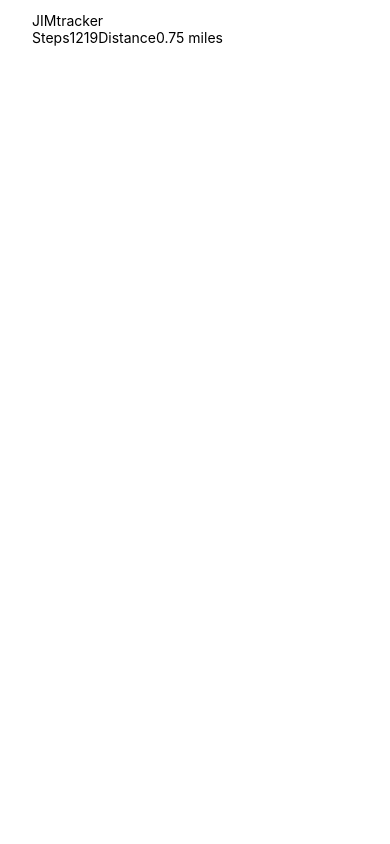
Repository: JamesPesenti/JiMTracker
Screen: /
The author's editor kept a copy of each file at every save. The screen is drawn from the files as they stood at one save, then again after the next save.
The app was drawn by React Native's web renderer in a window 390 px wide. The project was rebuilt for these pictures with package versions that can differ from the ones it lists, and the page was loaded fresh each time.

Above is the screen before, as saved 2023-06-16 10:28:12.

### App.tsx
import { StatusBar } from 'expo-status-bar';
import { StyleSheet, Text, View } from 'react-native';

export default function App() {
  return (
    <View style={styles.container}>
      <Text>JIMtracker</Text>
        <View style={{flex: 1}}>
         <View style={{flexDirection: 'row'}}>
            <Text>Steps</Text>
            <Text>1219</Text>

            <Text>Distance</Text>
            <Text>0.75 miles</Text>
         </View>
        </View>

      <StatusBar style="auto" />
    </View>
  );
}

const styles = StyleSheet.create({
  container: {
    flex: 1,
    backgroundColor: '#fff',
    justifyContent: 'center',
    padding: 12,
    marginHorizontal: 20
  },
});

After the next save:
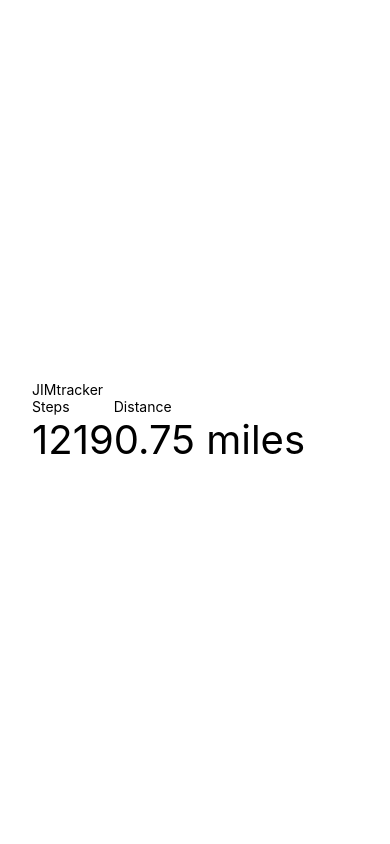
Saved 6 min 3 s later.
--- a/App.tsx
+++ b/App.tsx
@@ -5,16 +5,17 @@ export default function App() {
   return (
     <View style={styles.container}>
       <Text>JIMtracker</Text>
-        <View style={{flex: 1}}>
-         <View style={{flexDirection: 'row'}}>
-            <Text>Steps</Text>
-            <Text>1219</Text>
+        <View style={{flexDirection: 'row'}}>
+          <View>
+              <Text style={styles.label}>Steps</Text>
+              <Text style={styles.amount}>1219</Text>
+          </View>
 
-            <Text>Distance</Text>
-            <Text>0.75 miles</Text>
-         </View>
+          <View>
+              <Text style={styles.label}>Distance</Text>
+              <Text style={styles.amount}>0.75 miles</Text>
+          </View>
         </View>
-
       <StatusBar style="auto" />
     </View>
   );
@@ -28,4 +29,10 @@ const styles = StyleSheet.create({
     padding: 12,
     marginHorizontal: 20
   },
+  label: {
+
+  },
+  amount: {
+    fontSize: 40
+  }
 });
